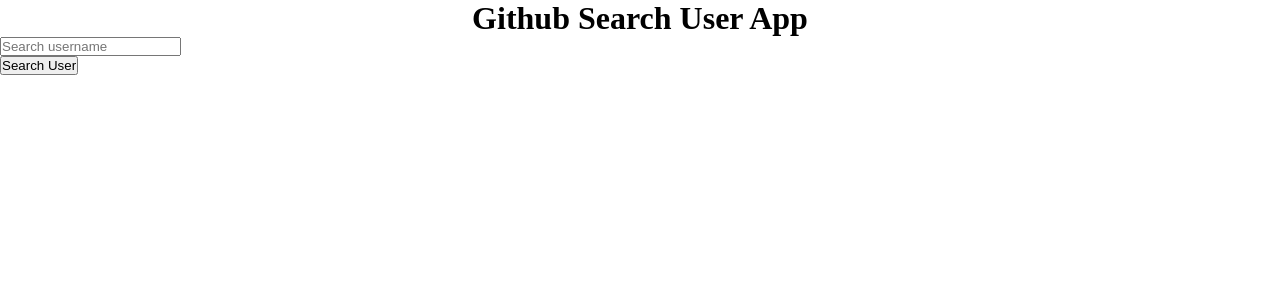
Repository: solox-cyber/Github-search-user
Page: index.html
The author's editor kept a copy of each file at every save. The page is drawn from the files as they stood at one save, then again after the next save.
The browser window is 1280 px wide. The pictures show the whole page.

Above is the page before, as saved 2023-03-25 18:13:11.

### index.html
<!DOCTYPE html>
<html lang="en">

<head>
    <meta charset="UTF-8">
    <meta http-equiv="X-UA-Compatible" content="IE=edge">
    <meta name="viewport" content="width=device-width, initial-scale=1.0">
    <title>Github Search User Using Github API</title>
    <link rel="stylesheet" href="style.css">
</head>

<body>
    <div class="container mt-5">
        <h1 style="text-align: center;">
            Github Search User App
        </h1>
    </div>
    <form id="myForm" autocomplete="off">
        <div class="form-group">
            <input type="text" name="" class="form-control" placeholder="Search username" id="search" required>
        </div>
        <div class="form-group">
            <button class="btn btn-danger btn-block">
                Search User
            </button>
        </div>
    </form>
    <div id="result"></div>

        <script src="script.js"></script>
</body>

</html>

### style.css
*{
    margin: 0;
    padding: 0;
    font
}

### script.js
var form = document.getElementById("myForm");

form.addEventListener('submit', function(e){
e.preventDefault();

var search = document.getElementById("search").value;

var originalName = search.split(' ').join(' ');

document.getElementById("result").innerHTML = "";
fetch("https://api.github.com/users/"+originalName)
.then(result=>result.json())
.then(data => {
    console.log(data);
    document.getElementById('result').innerHTML =`
   <a target="_blank" href="https://www.github.com/${originalName}"> <img src="${data.avatar_url}"/></a>
    `
})



})

After the next save:
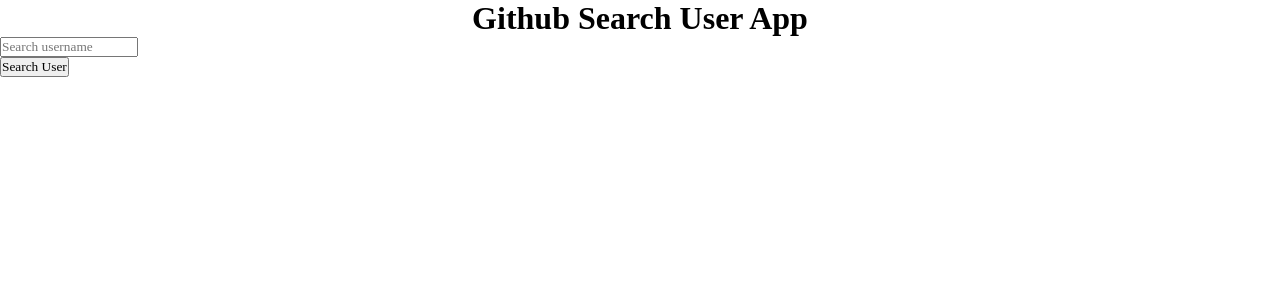
Saved 9 s later.
--- a/style.css
+++ b/style.css
@@ -1,5 +1,5 @@
 *{
     margin: 0;
     padding: 0;
-    font
+    font-family: '';
 }
